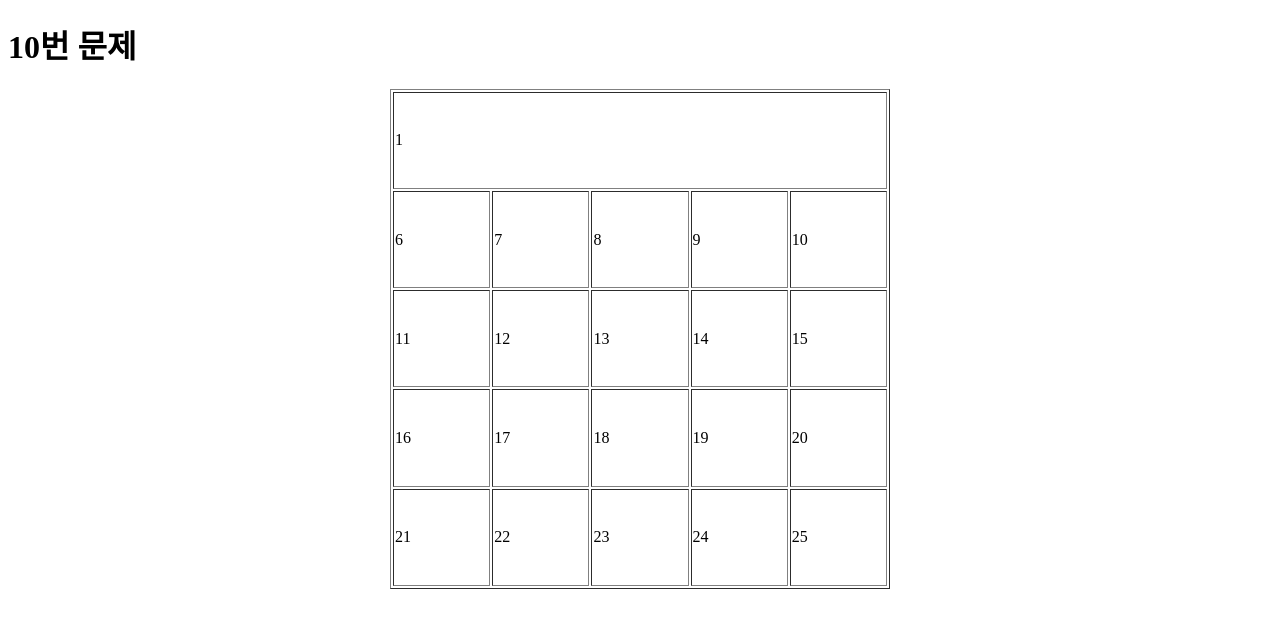
Repository: zzzzzzin/Client
Page: ClientTest/src/main/webapp/문제/Q10.html
The author's editor kept a copy of each file at every save. The page is drawn from the files as they stood at one save, then again after the next save.
The browser window is 1280 px wide. The pictures show the whole page.

Above is the page before, as saved 2024-03-13 08:23:43.

### ClientTest/src/main/webapp/문제/Q10.html
<!DOCTYPE html>
<html>
<head>
<meta charset="EUC-KR">
<title>Insert title here</title>
</head>
<body>
	<h1>10번 문제</h1>
	<table border="1" width="500" height="500" align="center">
		<tr>
			<td colspan="5">1</td>
		</tr>
		<tr>
			<td>6</td>
			<td>7</td>
			<td>8</td>
			<td>9</td>
			<td>10</td>
		</tr>
		<tr>
			<td>11</td>
			<td>12</td>
			<td>13</td>
			<td>14</td>
			<td>15</td>
		</tr>
		<tr>
			<td>16</td>
			<td>17</td>
			<td>18</td>
			<td>19</td>
			<td>20</td>
		</tr>
		<tr>
			<td>21</td>
			<td>22</td>
			<td>23</td>
			<td>24</td>
			<td>25</td>
		</tr>
	</table>
</body>
</html>

After the next save:
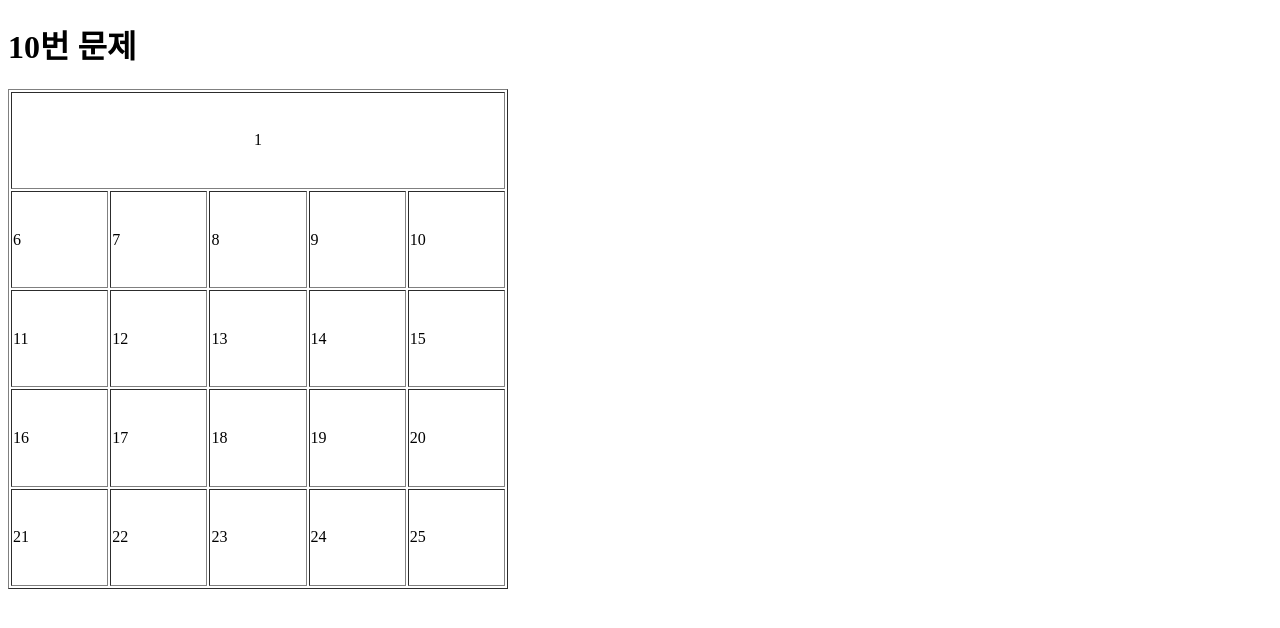
Saved 13 s later.
--- a/ClientTest/src/main/webapp/문제/Q10.html
+++ b/ClientTest/src/main/webapp/문제/Q10.html
@@ -6,8 +6,8 @@
 </head>
 <body>
 	<h1>10번 문제</h1>
-	<table border="1" width="500" height="500" align="center">
-		<tr>
+	<table border="1" width="500" height="500">
+		<tr align="center">
 			<td colspan="5">1</td>
 		</tr>
 		<tr>
